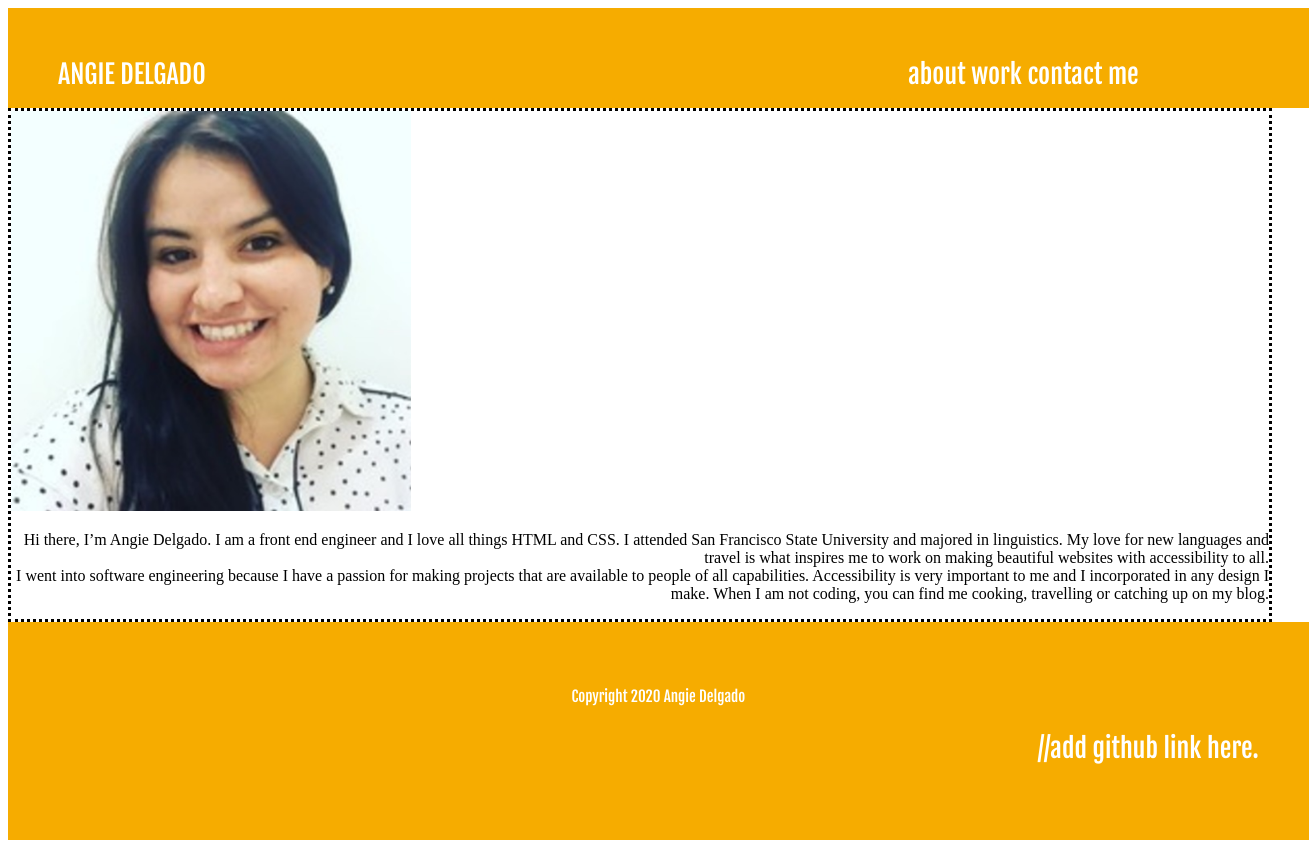
Repository: seleniadelgado/meda-spring2020-angie
Page: projects/portfolio/index.html
These files come from the project's save history. The page is drawn as it stood at one moment and after the next save; the edit follows.
The browser window is 1280 px wide. The page is 1309 px wide, so the pictures cover 1309 px, including what lies to the right of the window. The pictures show the whole page.

Above is the page before, as saved 2020-03-02 11:17:22.

After the next save:
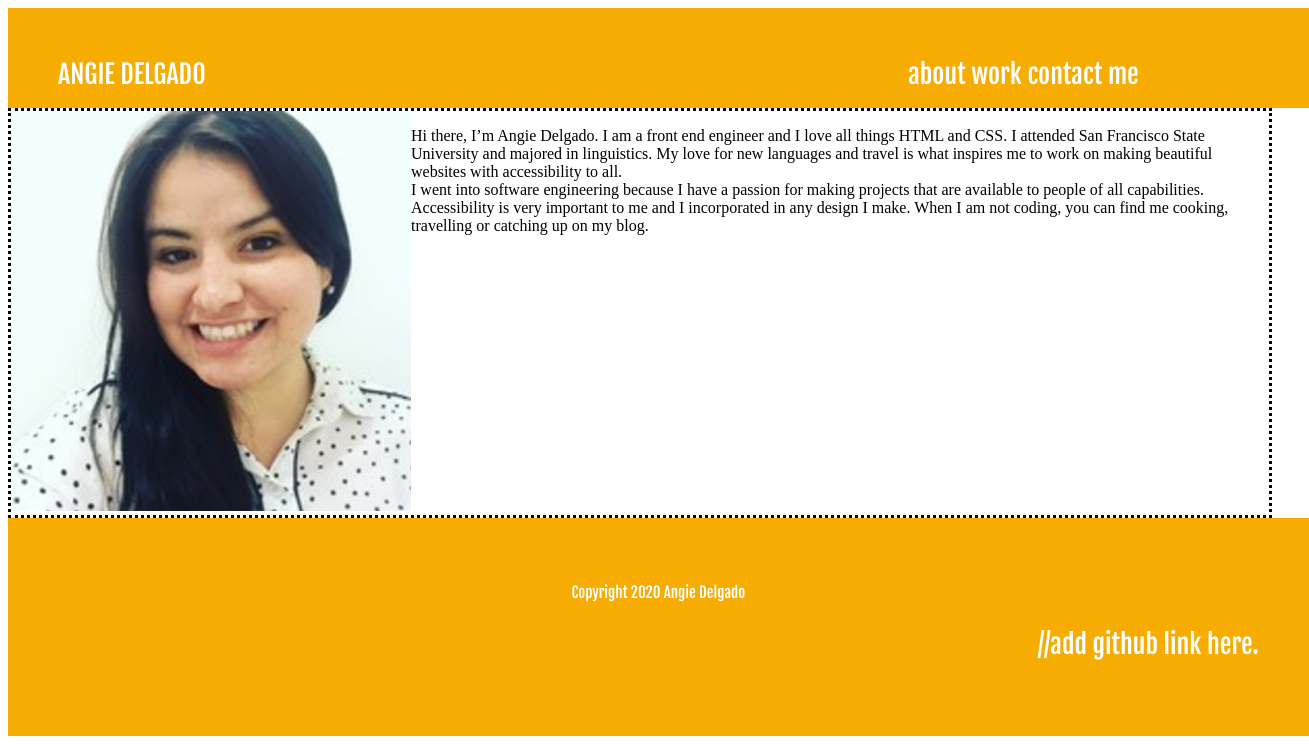
Saved 96 s later.
--- a/projects/portfolio/styles.css
+++ b/projects/portfolio/styles.css
@@ -38,12 +38,13 @@ ul {
 /* About me starts */
 .aboutMe {
     border: dotted;
+    display: flex;
 }
 .image {
     text-align: left;
 }
 .aboutMe #aboutMeParagraph {
-    text-align: right;
+    align-items: flex-end;
 }
 /* about me ends */
 
